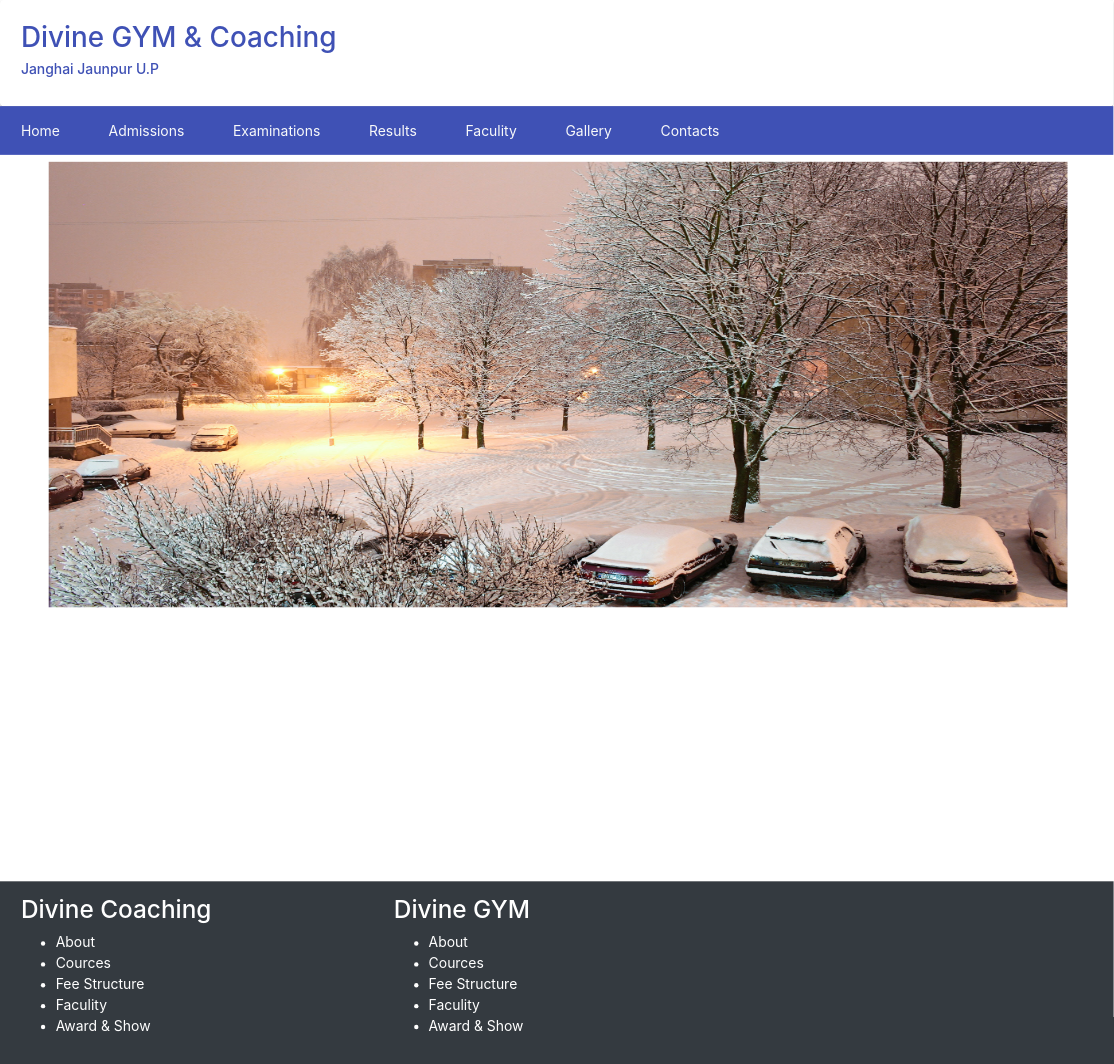
Repository: lalji-yadav/vikash-Coaching-frontend
Page: /gallery
An editor plug-in stored every save of this project. The page is shown before and after a run of saves, followed by the edit.
The browser window is 1280 px wide. The pictures show the whole page, at 87% of full size.
The project was rebuilt for these pictures with package versions that can differ from the ones it lists, and the page was loaded fresh each time. Also part of the build but not shown: src/index.css, src/home/home.js, src/component/admission/admission.js, src/component/examination/examination.js, src/component/results/result.js, src/component/faculity/faculity.js.

Above is the page before, as saved 2021-04-11 13:05:38.

After the next 2 saves:
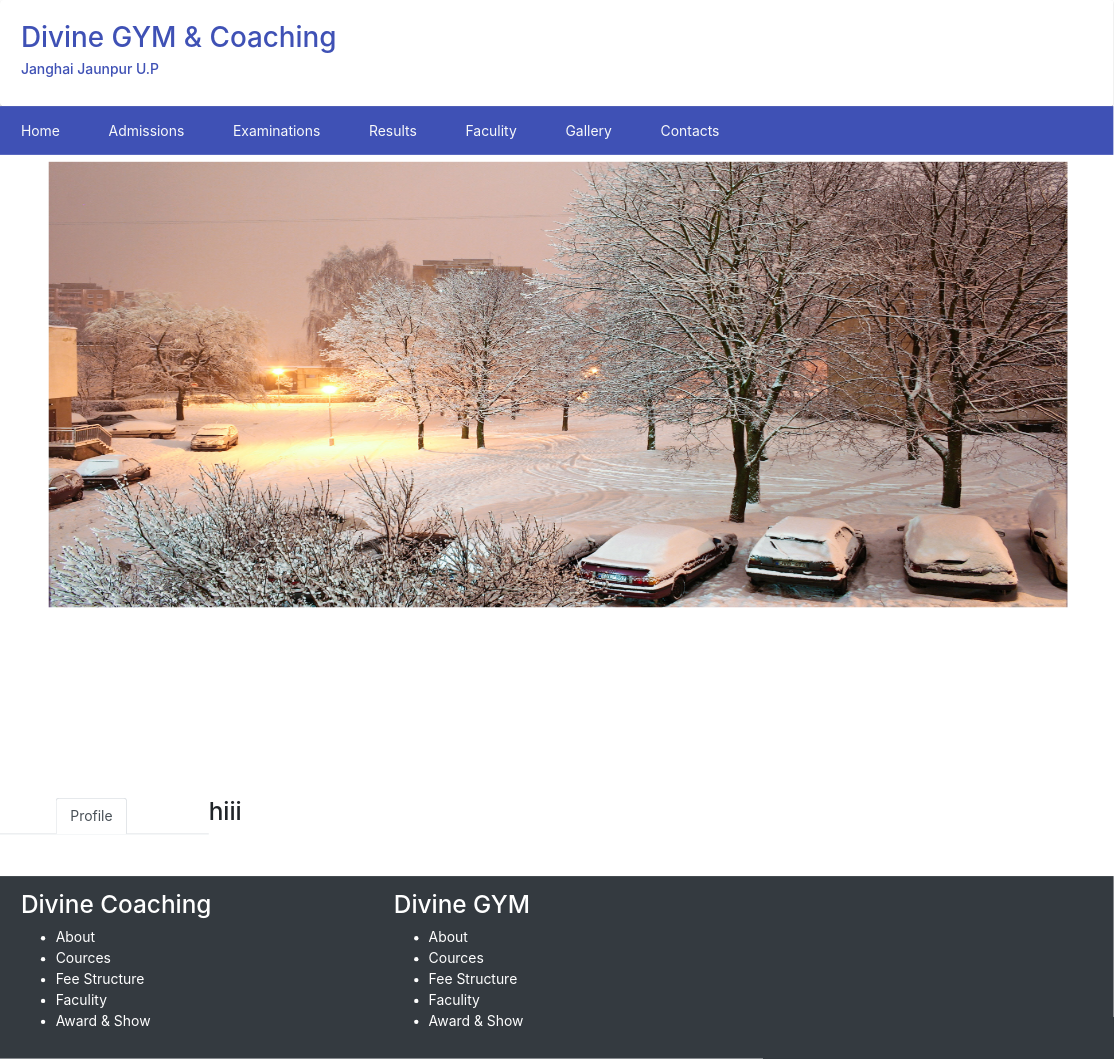
The 2 saves are shown as one change because 1 did not build or start.
The last was saved 116 s later.
--- a/src/component/gallery/gallery.js
+++ b/src/component/gallery/gallery.js
@@ -1,6 +1,7 @@
 // import { Height } from '@material-ui/icons';
 import React, { Component } from "react";
-import {AppBar, Tabs, Tab} from '@material-ui/core';
+// import {AppBTabs, Tab} from '@material-ui/core';
+import {Tab, Tabs} from 'react-bootstrap'
 
 class gallery extends Component {
   render() {
@@ -33,27 +34,7 @@ class gallery extends Component {
             </Tab>
           </Tabs>
 
-          {/* <AppBar position="static">
-            <Tabs
-              value={value}
-              onChange={handleChange}
-              aria-label="simple tabs example"
-            >
-              <Tab label="Item One" {...a11yProps(0)} />
-              <Tab label="Item Two" {...a11yProps(1)} />
-              <Tab label="Item Three" {...a11yProps(2)} />
-            </Tabs>
-          </AppBar>
 
-          <TabPanel value={value} index={0}>
-            Item One
-          </TabPanel>
-          <TabPanel value={value} index={1}>
-            Item Two
-          </TabPanel>
-          <TabPanel value={value} index={2}>
-            Item Three
-          </TabPanel> */}
         </div>
       </div>
     );
